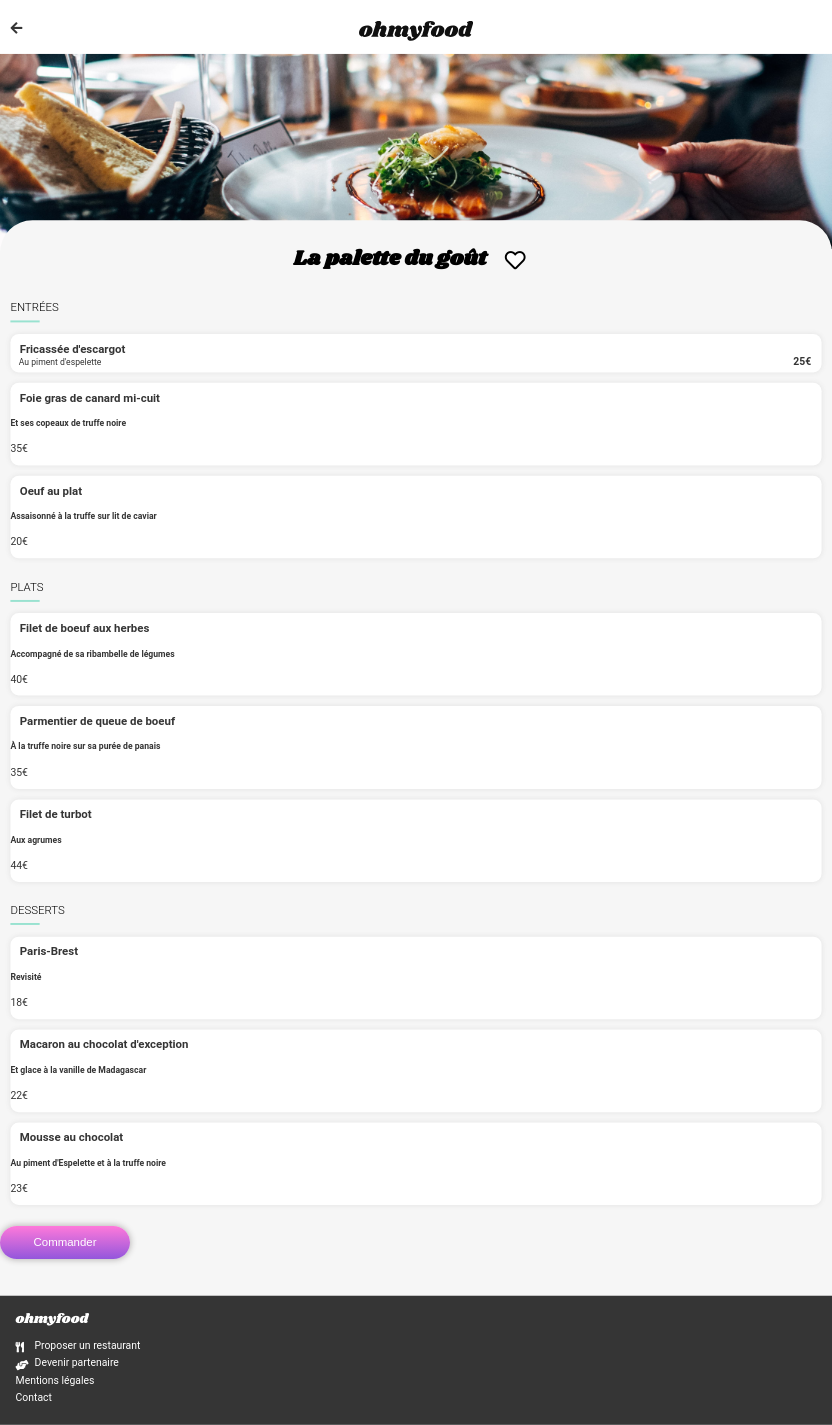
Repository: AlexisTisserand/AlexisTisserand_3_24112020
Page: menu-la-palette-du-gout.html
These files come from the project's save history. The page is drawn as it stood at one moment and after the next save; the edit follows.
The browser window is 1280 px wide. The pictures show the whole page, at 65% of full size.
Some web libraries are served in a nearby version. The style sheet was rebuilt from its Sass, Less or Tailwind sources for each picture, by a compiler version that may differ from the author's.

Above is the page before, as saved 2020-12-03 14:43:35.

After the next save:
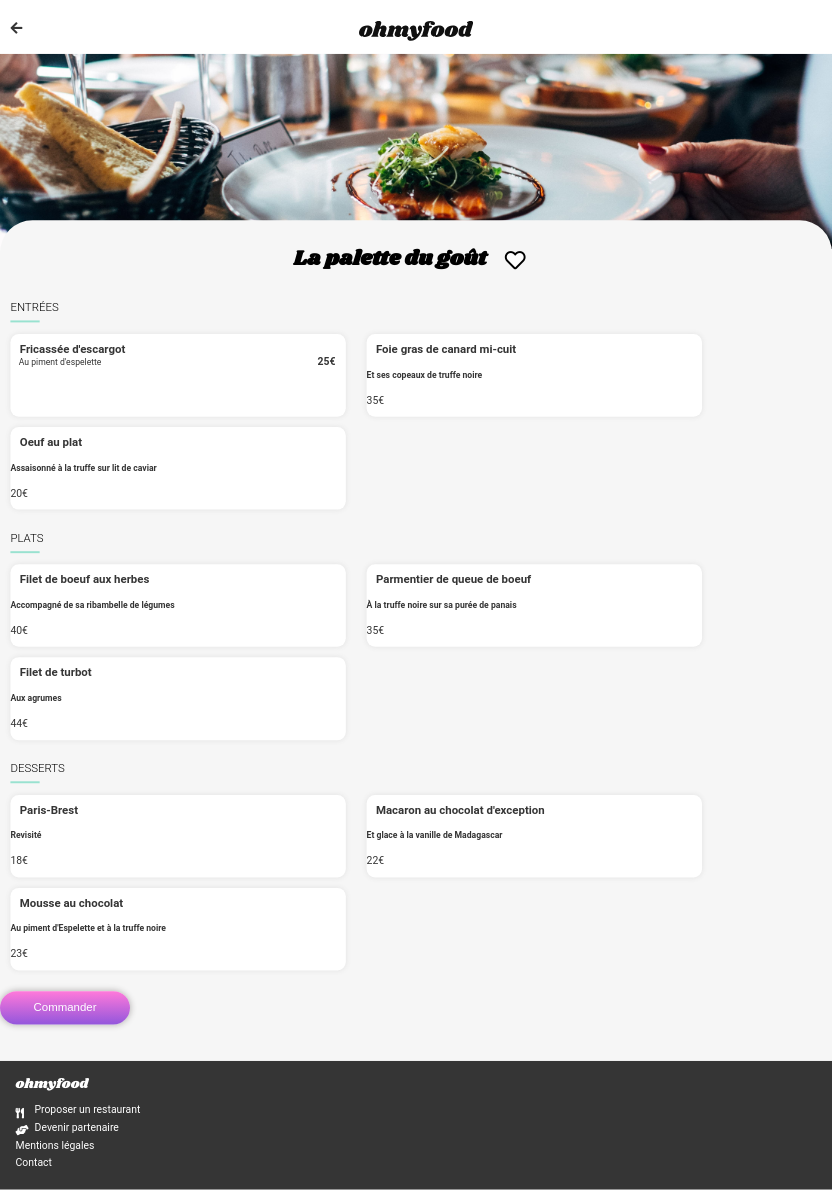
Saved 63 s later.
--- a/sass/style.scss
+++ b/sass/style.scss
@@ -448,7 +448,7 @@
         margin-bottom: $size;
         margin-right: $size;
         padding: 0.3rem 1rem 0 0;
-        width: 100%;
+        width: 500px;
         h4{
         @extend .margin-plats;
         font-size: $size + 0.1rem;

After the save that followed:
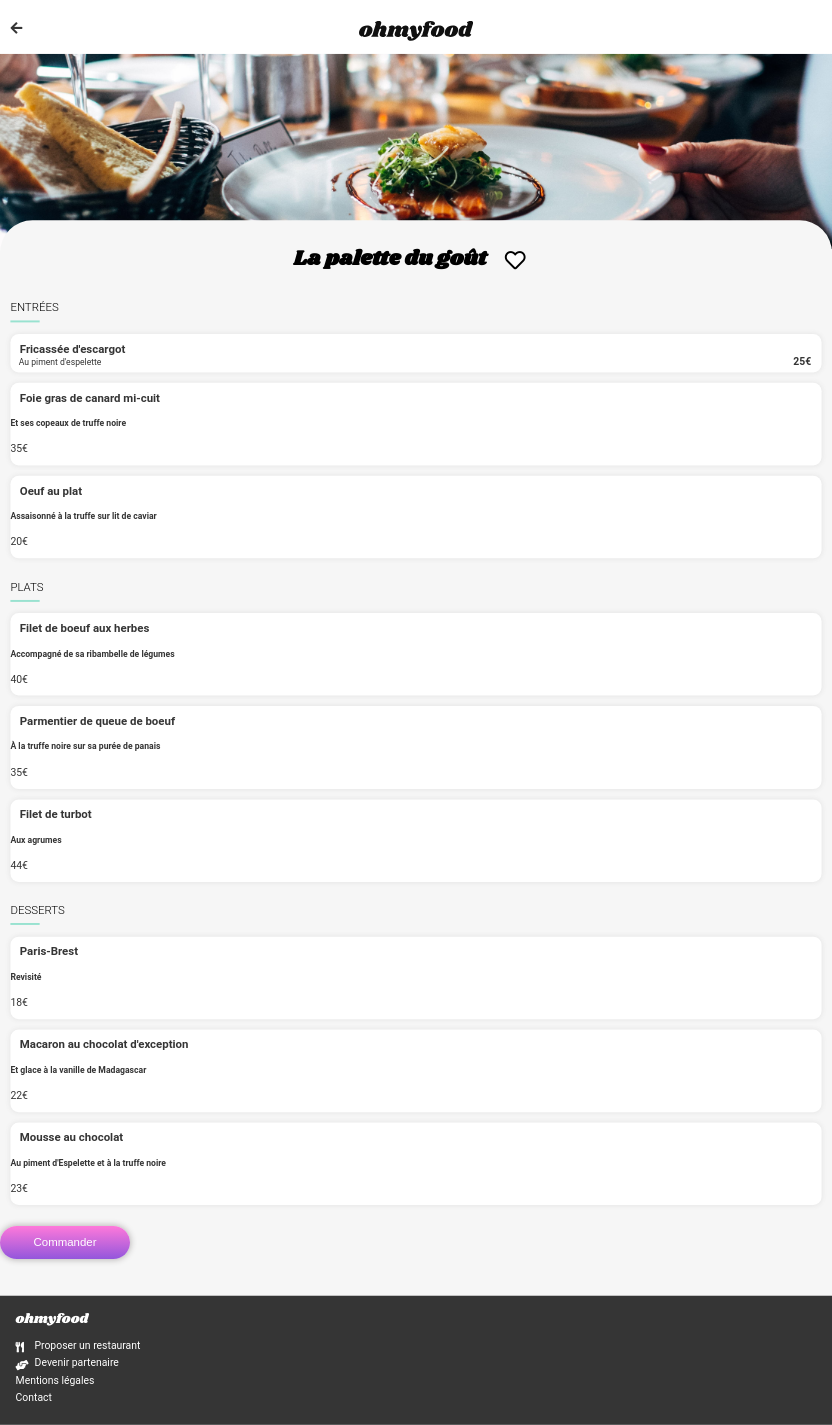
Saved 17 s later.
--- a/sass/style.scss
+++ b/sass/style.scss
@@ -448,7 +448,7 @@
         margin-bottom: $size;
         margin-right: $size;
         padding: 0.3rem 1rem 0 0;
-        width: 500px;
+        width: 100%;
         h4{
         @extend .margin-plats;
         font-size: $size + 0.1rem;
